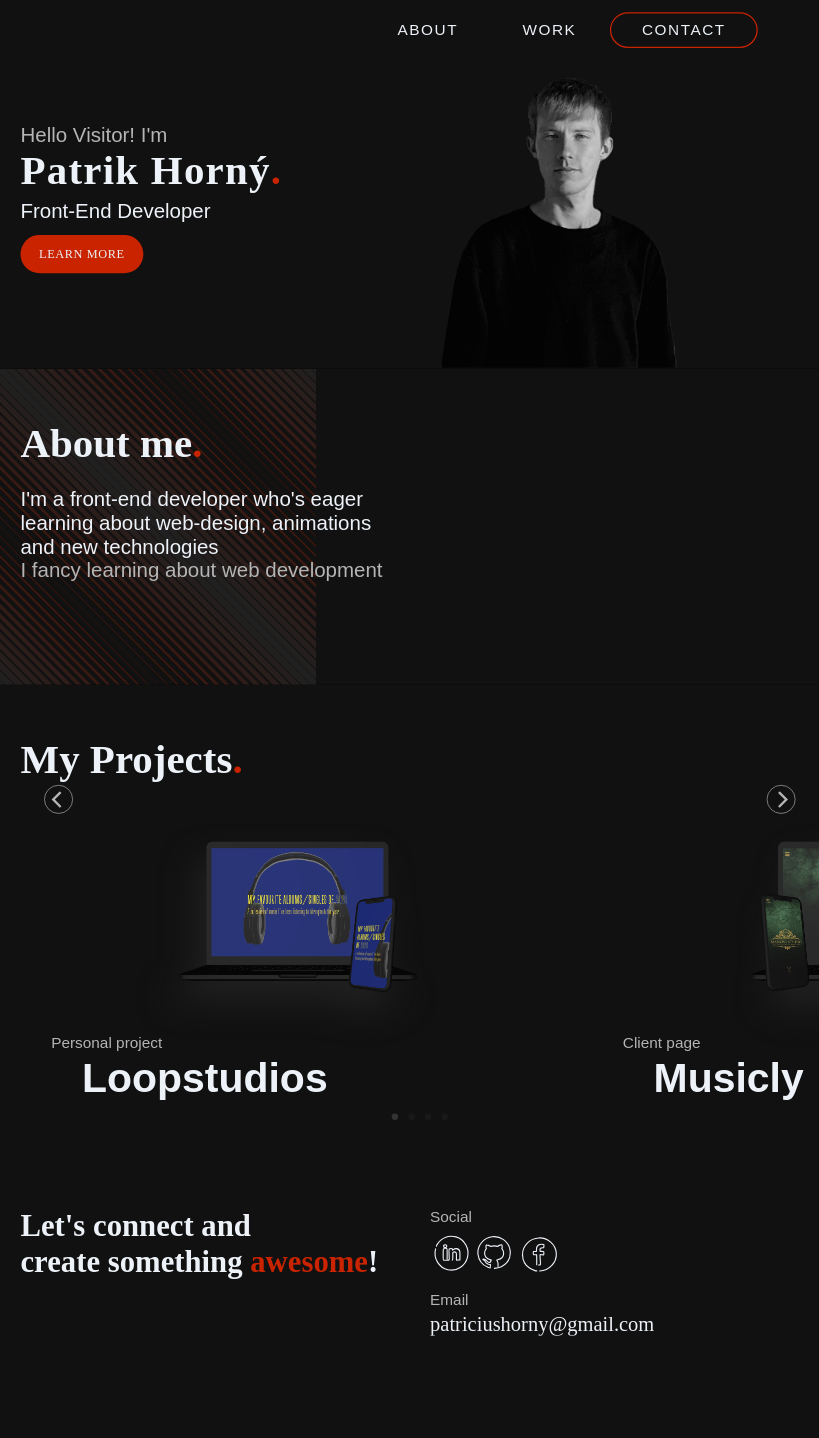
Repository: Spreceriany/portfolio
Page: index.html
The author's editor kept a copy of each file at every save. The page is drawn from the files as they stood at one save, then again after the next save.
The browser window is 1280 px wide. The pictures show the whole page, at 64% of full size.
Some web fonts or font styles are not loaded; a fallback is used. The style sheet was rebuilt from its Sass, Less or Tailwind sources for each picture, by a compiler version that may differ from the author's.

Above is the page before, as saved 2021-03-11 16:04:30.

After the next save:
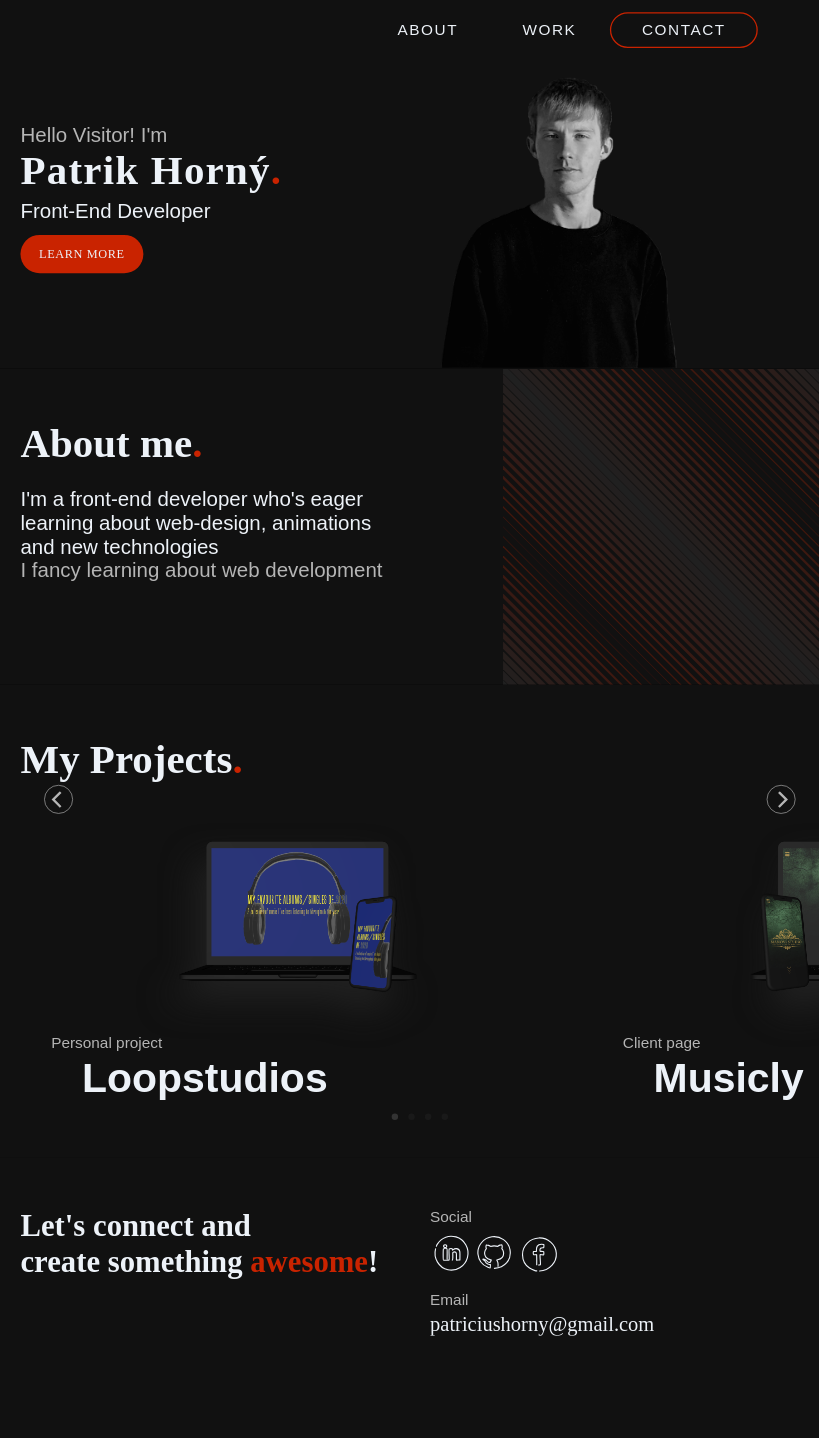
Saved 32 s later.
--- a/css/components/_about.scss
+++ b/css/components/_about.scss
@@ -13,7 +13,7 @@
     background-image: url("data:[embedded picture, 4080 characters]");
 background-repeat: no-repeat;
 background-size: contain;
-background-position: 0 100%;
+background-position: 100% 0;
 
     @include grid(556px);
     &__left-col {
